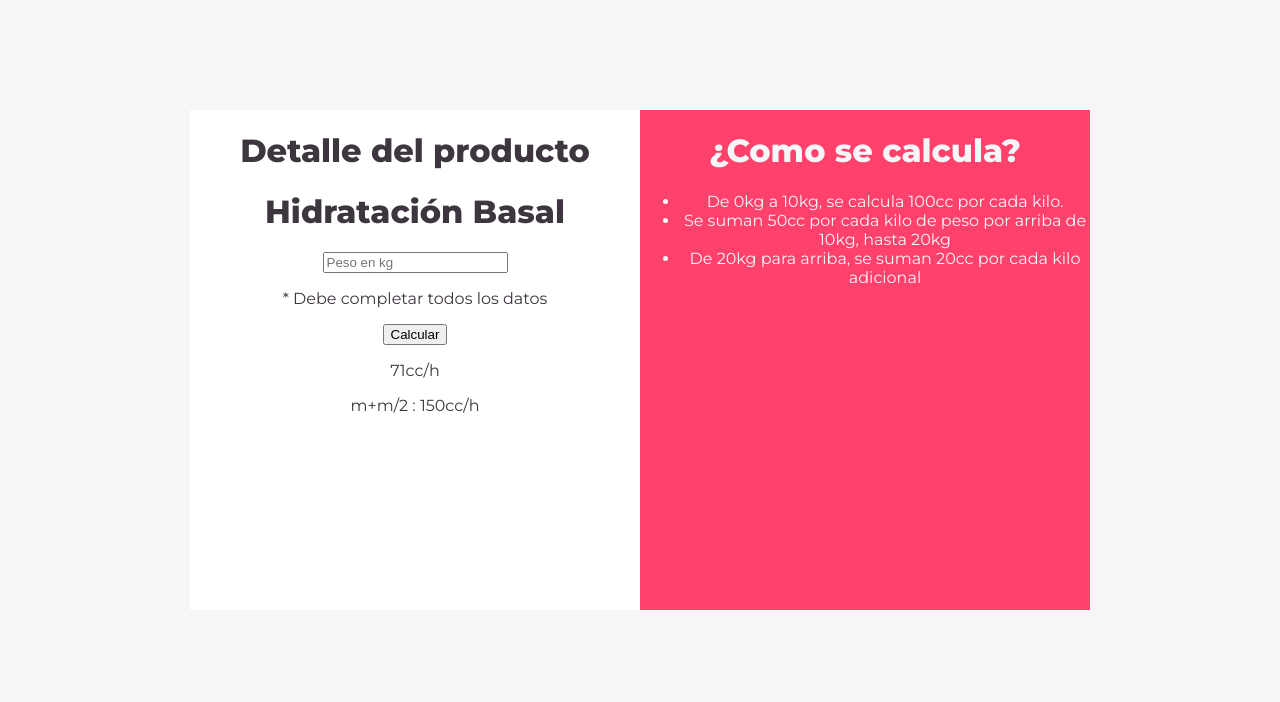
Repository: Fredy452/calculadora_basal
Page: index.html
These files come from the project's save history. The page is drawn as it stood at one moment and after the next save; the edit follows.
The browser window is 1280 px wide. The pictures show the whole page.

Above is the page before, as saved 2023-04-21 07:39:05.

### index.html
<!DOCTYPE html>
<html lang="en">
<head>
    <meta charset="UTF-8">
    <meta http-equiv="X-UA-Compatible" content="IE=edge">
    <meta name="viewport" content="width=device-width, initial-scale=1.0">
    <title>Calculadora de hidratación</title>
    <link rel="stylesheet" href="style.css">
</head>
<body>
    <div id="contenedor">
        <div id="calculadora">
            <h1>Detalle del producto</h1>
            <div class="contenido">
                <h1>Hidratación Basal</h1>
                <input type="number" name="peso" id="peso" placeholder="Peso en kg">
                <p>* Debe completar todos los datos</p>
                <button>Calcular</button>
                <p>71cc/h</p>
                <p>m+m/2 : 150cc/h</p>
            </div>
        </div>
        <div id="detalle">
            <div class="contenido">
                <h1>¿Como se calcula?</h1>
                <ul>
                    <li>De 0kg a 10kg, se calcula 100cc por cada kilo.</li>
                    <li>Se suman 50cc por cada kilo de peso por arriba de 10kg, hasta 20kg</li>
                    <li>De 20kg para arriba, se suman 20cc por cada kilo adicional</li>
                </ul>
            </div>
        </div>
    </div>
</body>
</html>

### style.css
@import url('https://fonts.googleapis.com/css?family=Montserrat:400,800');

body{
    font-family: 'Montserrat', sans-serif;
    background: #f6f5f7;
    color: #3E363F;
}
#contenedor{
    width: 900px;
    height: 500px;
    position: absolute;
    text-align: center;
    inset: 0;
    margin: auto;
}
#calculadora{
    background: white;
    width: 50%;
    height: 100%;
    float: left;
}
#detalle{
    background: #FF416C;
    width: 50%;
    height: 100%;
    float: left;
    color: #f6f5f7;
}

After the next save:
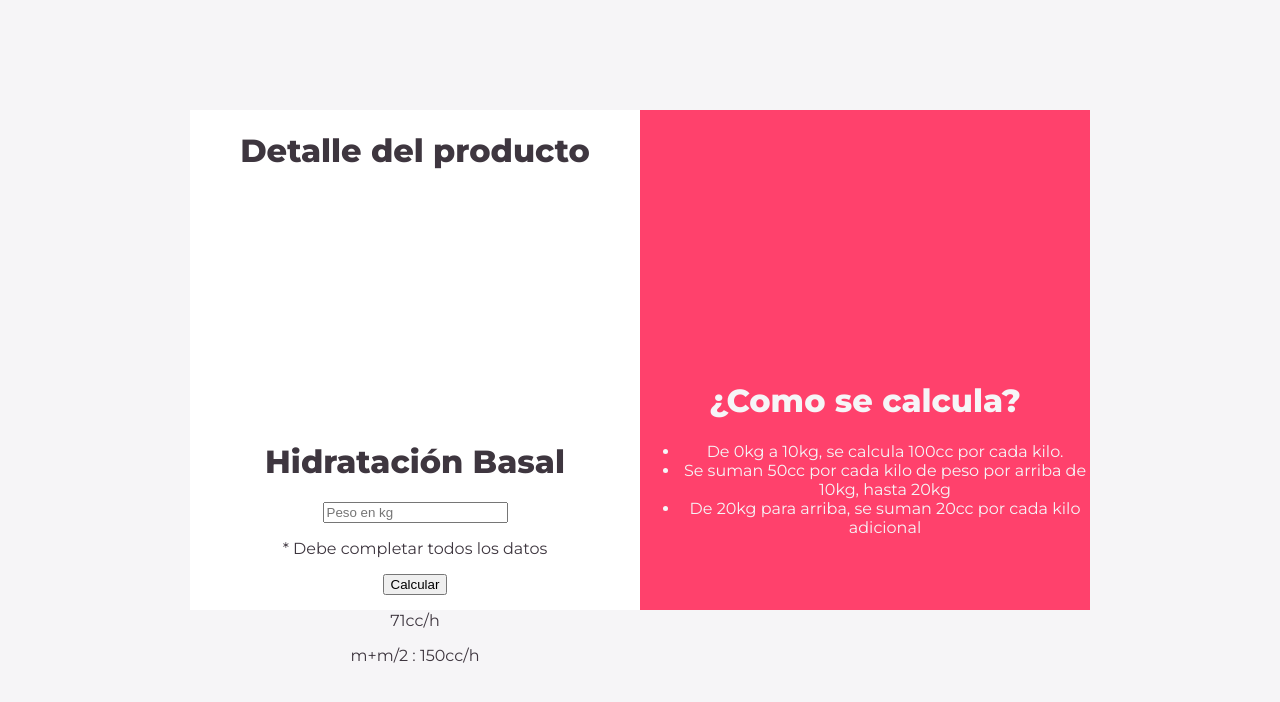
Saved 2 min 45 s later.
--- a/style.css
+++ b/style.css
@@ -26,3 +26,8 @@ body{
     float: left;
     color: #f6f5f7;
 }
+.contenido{
+    /* Centrando el contenido de los divs */
+    position: relative;
+    top: 50%;
+}
